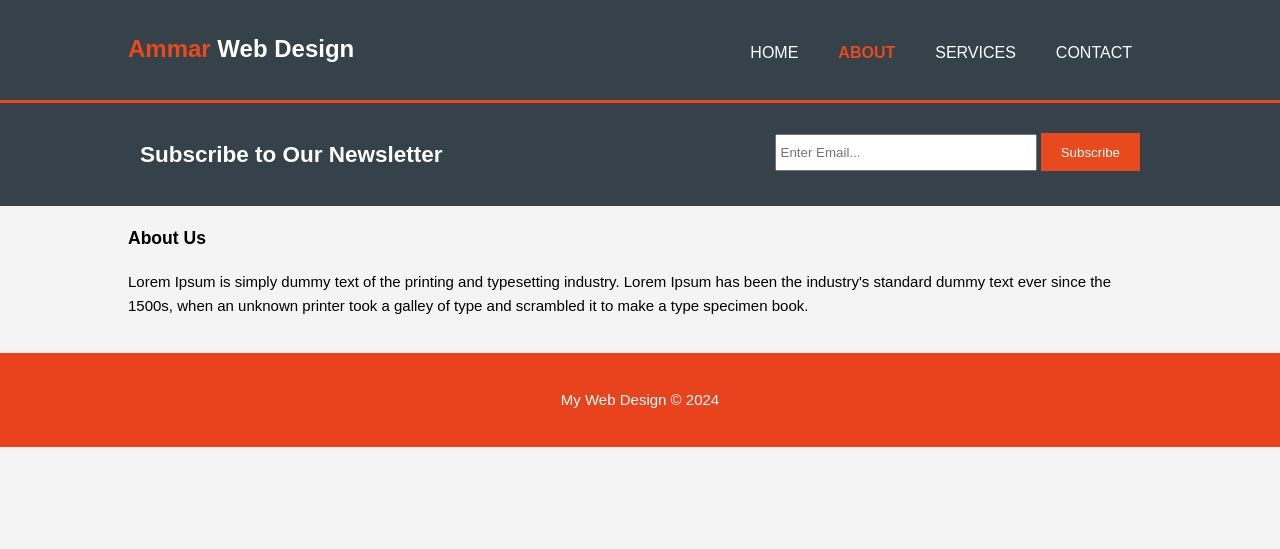
Repository: aobeid1979/html-website
Page: about.html
An editor plug-in stored every save of this project. The page is shown before and after the next save, followed by the edit.
The browser window is 1280 px wide. The pictures show the whole page.

Above is the page before, as saved 2024-05-03 18:57:46.

### about.html
<!DOCTYPE html>
<html lang="en">
<head>
    <meta charset="UTF-8">
    <meta name="viewport" content="width=device-width, initial-scale=1.0">
    <meta name="description" content="Responsive Website using HTML CSS and JavaScript">
    <meta name="keywords" content="HTML, CSS, JavaScript">
    <meta name="author" content="Ammar Obeid">
    <title>Resopnsiv Website | About</title>
    <link rel="stylesheet" href="./css/style.css">
</head>
<body>
    <header>
        <div class="container">
            <div id="brandinig">
                <h1><span class="highlight">Ammar</span> Web Design</h1>

            </div>
            <nav>
                <ul>
                    <li ><a href="index.html">Home</a></li>
                    <li class="current"><a href="about.html">About</a></li>
                    <li><a href="services.html">Services</a></li>
                    <li><a href="contact.html">Contact</a></li>
                </ul>
        </div>

    </header>



    <section id="newsletter">
        <div class="container">
            <h1>Subscribe to Our Newsletter</h1>
            <form>
                <input type="email" placeholder="Enter Email...">
                <button type="submit" class="button_1">Subscribe</button>
            </form>
        </div>
    </section>

    <section id="main">
        <div class="container">
            <article id="main-col">
                <h1 class="page-title">About Us</h1>
                <p>Lorem Ipsum is simply dummy text of the printing and typesetting industry. Lorem Ipsum has been the industry's standard dummy text ever since the 1500s, when an unknown printer took a galley of type and scrambled it to make a type specimen book.</p>

                </article>
        </div>
    </section>

    <footer>
        <p>My Web Design &copy; 2024</p>
    </footer>

</body>
</html>

### css/style.css
body{
    font: 15px/1.6 Arial, Helvetica,sans-serif;
    padding: 0;
    margin: 0;
    background-color: #f4f4f4;
}

.container{
    width: 80%;
    margin: auto;
    overflow: hidden;
}

header{
    background: #35424a;
    color: #ffffff;
    padding-top: 30px;
    min-height: 70px;
    border-bottom: #e8491d 3px solid;
}

header h1{
    margin: 0;
    padding: 0;
    font-size: 24px;
    font-weight: bold;
}

header a{
    color: #ffffff;
    text-decoration: none;
    text-transform: uppercase;
    font-size: 16px;
}

header ul{
    margin: 0;
    padding: 0;
}

header li{
    float: left;
    display: inline;
    padding: 0 20px 0 20px;
}

header #brandinig{
    float: left;
}

header #brandinig h1{
    margin: 0;
}

header nav{
    float: right;
    margin-top: 10px;
}

header .highlight, header .current a {
    color: #e8491d;
    font-weight: bold;
}

header a:hover{
    color: #cccccc;
    font-weight: bold;
}

#showcase{
    background:url('../img/showcase.jpg') no-repeat center center;
    background-position: center -400;
    background-size: cover;
    min-height: 400px;
    text-align: center;
    color: #1b1a20;
}

#showcase h1{
    margin-top: 100px;
    font-size: 55px;
    margin-bottom: 10px;
    -webkit-text-stroke: 1px #e8491d;
}

#showcase p{
    font-size: 30px;
    -webkit-text-fill-color: blue;

}

#showcase p:hover{
    -webkit-text-stroke: 1px #e8491d;
}

#newsletter{
    padding: 15px;
    color: #ffffff;
    background: #35424a;
    text-align: center;
}

#newsletter h1{
    float: left;
}

#newsletter form{
    float: right;
    margin-top: 15px;
}

#newsletter input[type="email"]{
    padding: 4px;
    height: 25px;
    width: 250px;
}

#newsletter button{
    height: 38px;
    background: #e8491d;
    color: #ffffff;
    border: none;
    padding: 0 20px 0 20px;
}

#newsletter button:hover{
    background: #cccccc;
    color: #1b1a20;
}

#boxes{
    margin-top: 20px;
}

#boxes .box{
    float: left;
    text-align: center;
    width: 30%;
    padding: 10px;
}


#boxes .box img{
    width: 90px;
}

footer{
    background-color: #e8431d;
    color: #ffffff;
    text-align: center;
    padding: 20px;
    margin-top: 20px;
}

After the next save:
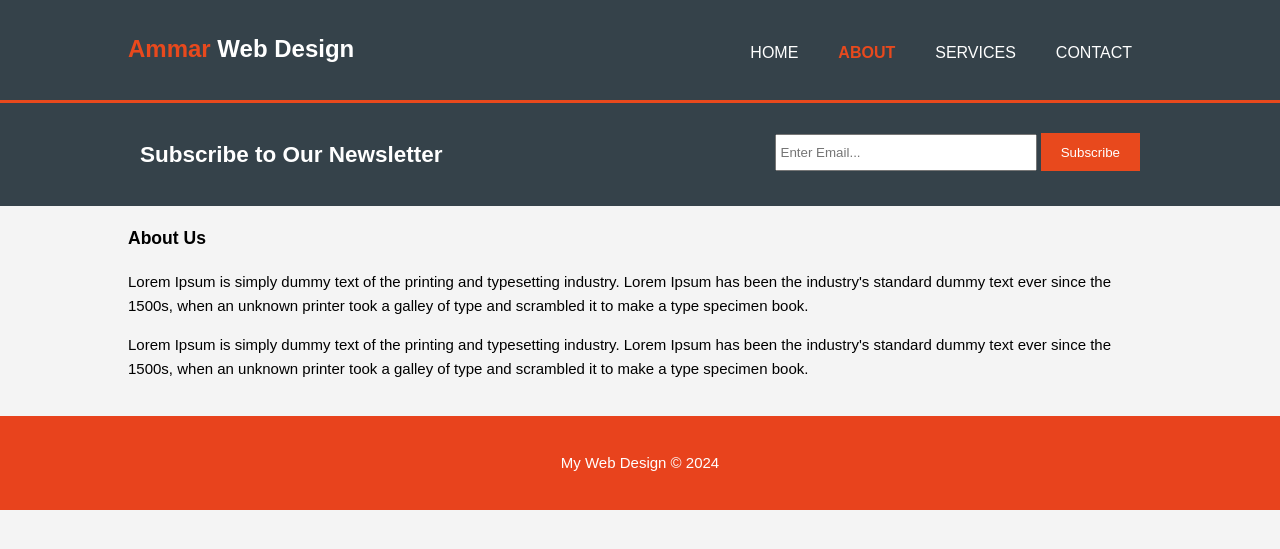
Saved 4 s later.
--- a/about.html
+++ b/about.html
@@ -44,7 +44,7 @@
             <article id="main-col">
                 <h1 class="page-title">About Us</h1>
                 <p>Lorem Ipsum is simply dummy text of the printing and typesetting industry. Lorem Ipsum has been the industry's standard dummy text ever since the 1500s, when an unknown printer took a galley of type and scrambled it to make a type specimen book.</p>
-
+                <p>Lorem Ipsum is simply dummy text of the printing and typesetting industry. Lorem Ipsum has been the industry's standard dummy text ever since the 1500s, when an unknown printer took a galley of type and scrambled it to make a type specimen book.</p>
                 </article>
         </div>
     </section>
